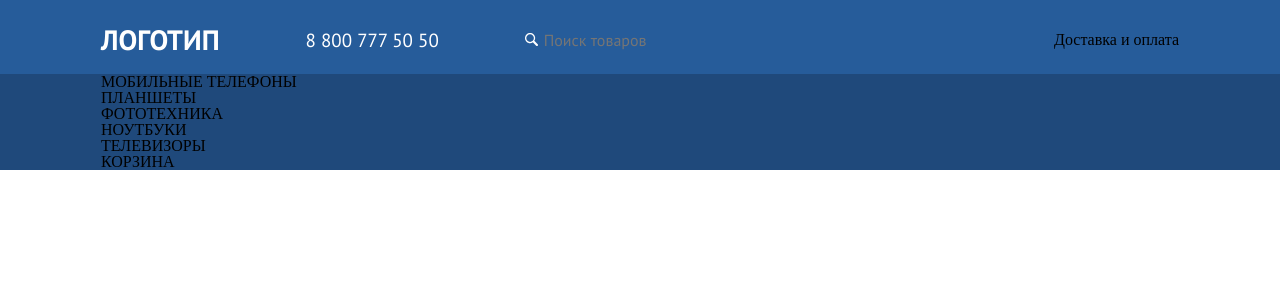
Repository: sem1103/WEBCompany
Page: index.html
The author's editor kept a copy of each file at every save. The page is drawn from the files as they stood at one save, then again after the next save.
The browser window is 1280 px wide. The pictures show the whole page.

Above is the page before, as saved 2024-01-11 18:47:16.

### index.html
<!DOCTYPE html>
<html lang="en">

<head>
    <meta charset="UTF-8">
    <meta name="viewport" content="width=device-width, initial-scale=1.0">
    <title>Интернет магазин</title>

    <link rel="preconnect" href="https://fonts.googleapis.com">
    <link rel="preconnect" href="https://fonts.gstatic.com" crossorigin>
    <link href="https://fonts.googleapis.com/css2?family=PT+Sans:wght@400;700&display=swap" rel="stylesheet">

    <link rel="stylesheet" href="styles/reset.css">
    <link rel="stylesheet" href="styles/main.css">
</head>

<body>
    <div id="page">
        <header>
            <div class="container">
                <div class="header__logo">
                    <span>ЛОГОТИП</span>
                </div>
                <p class="phone__number"><a href="tel:+78007775050">8 800 777 50 50</a></p>
                <div class="search__items">
                    <button>
                        <svg xmlns="http://www.w3.org/2000/svg" width="13" height="13" viewBox="0 0 13 13" fill="none">
                            <path
                                d="M8.68135 1.48741C6.69814 -0.495804 3.4703 -0.495804 1.48709 1.48741C-0.495696 3.47106 -0.495696 6.69846 1.48709 8.6821C3.2532 10.4478 6.00382 10.6369 7.98574 9.25819C8.02744 9.45553 8.12289 9.64383 8.27637 9.79731L11.1646 12.6855C11.5855 13.1055 12.2656 13.1055 12.6843 12.6855C13.1048 12.265 13.1048 11.5849 12.6843 11.1657L9.79613 8.27669C9.64351 8.1245 9.45477 8.02863 9.25744 7.98692C10.6371 6.00457 10.4479 3.25438 8.68135 1.48741ZM7.76949 7.77024C6.28885 9.25089 3.87916 9.25089 2.39895 7.77024C0.919166 6.2896 0.919166 3.88034 2.39895 2.3997C3.87916 0.919489 6.28885 0.919489 7.76949 2.3997C9.25013 3.88034 9.25013 6.2896 7.76949 7.77024Z"
                                fill="white" />
                        </svg>
                    </button>
                        <input type="text" name="itemName" placeholder="Поиск товаров">

                </div>
                <p class="delivery"><a href="">Доставка и оплата</a></p>
                <a href="" class="mobile__cart">
                    <svg xmlns="http://www.w3.org/2000/svg" width="21" height="20" viewBox="0 0 21 20" fill="none">
                        <path d="M20.1372 3.64139H3.71775L3.47368 0.816059C3.43376 0.354025 3.0611 0 2.61469 0H0.862433C0.386124 0 0 0.401223 0 0.896159C0 1.39109 0.386124 1.79232 0.862433 1.79232H1.82622C2.35292 7.8897 0.991675 -7.86977 2.81815 13.2755C2.88854 14.1031 3.31889 15.0012 4.06025 15.6114C2.72361 17.3851 3.94489 20 6.11917 20C7.92379 20 9.19662 18.1298 8.57776 16.3584H13.298C12.6799 18.1275 13.95 20 15.7566 20C17.1983 20 18.3713 18.7812 18.3713 17.2831C18.3713 15.7849 17.1983 14.5661 15.7566 14.5661H6.125C5.46988 14.5661 4.89899 14.1554 4.65258 13.557L18.4354 12.7153C18.8117 12.6924 19.13 12.4181 19.2215 12.0381L20.9739 4.75489C21.1097 4.19014 20.6983 3.64139 20.1372 3.64139ZM6.11917 18.2077C5.62857 18.2077 5.22939 17.7929 5.22939 17.2831C5.22939 16.7732 5.62857 16.3584 6.11917 16.3584C6.60981 16.3584 7.009 16.7732 7.009 17.2831C7.009 17.7929 6.60981 18.2077 6.11917 18.2077ZM15.7565 18.2077C15.2659 18.2077 14.8667 17.7929 14.8667 17.2831C14.8667 16.7732 15.2659 16.3584 15.7565 16.3584C16.2472 16.3584 16.6464 16.7732 16.6464 17.2831C16.6464 17.7929 16.2472 18.2077 15.7565 18.2077ZM17.7018 10.9648L4.42042 11.7758L3.87257 5.43367H19.0326L17.7018 10.9648Z" fill="white"/>
                      </svg>
                </a>
            </div>

            <nav>
                <ul class="container">
                    <li><a href="">МОБИЛЬНЫЕ ТЕЛЕФОНЫ</a></li>
                    <li><a href="">ПЛАНШЕТЫ</a></li>
                    <li><a href="">ФОТОТЕХНИКА</a></li>
                    <li><a href="">НОУТБУКИ</a></li>
                    <li><a href="">ТЕЛЕВИЗОРЫ</a></li>

                    <li class="desc__cart"><a href="">КОРЗИНА</a></li>
                </ul>
            </nav>
        </header>
    </div>
</body>

</html>

### styles/reset.css
:root{
    --blue: #265C9A;
    --darkBlue: #1F497B;
    --yellow: #FBFF3D;
    --fontPT: 'PT Sans'
 }
html{
    scroll-behavior: smooth;
}
html,
body,
div,
span,
applet,
object,
iframe,
h1,
h2,
h3,
h4,
h5,
h6,
p,
blockquote,
pre,
a,
abbr,
acronym,
address,
big,
cite,
code,
del,
dfn,
em,
img,
ins,
kbd,
q,
s,
samp,
small,
strike,
strong,
sub,
sup,
tt,
var,
b,
u,
i,
center,
dl,
dt,
dd,
ol,
ul,
li,
fieldset,
form,
label,
legend,
table,
caption,
tbody,
tfoot,
thead,
tr,
th,
td,
article,
aside,
canvas,
details,
embed,
figure,
figcaption,
footer,
header,
hgroup,
menu,
nav,
output,
ruby,
section,
summary,
time,
mark,
audio,
video {
    margin: 0;
    padding: 0;
    border: 0;
    font-size: 100%;
    font: inherit;
    vertical-align: baseline
}

article,
aside,
details,
figcaption,
figure,
footer,
header,
hgroup,
menu,
nav,
section {
    display: block
}

body {
    line-height: 1;
}

ol,
ul {
    list-style: none
}

blockquote,
q {
    quotes: none
}

blockquote:before,
blockquote:after,
q:before,
q:after {
    content: '';
    content: none
}

table {
    border-collapse: collapse;
    border-spacing: 0
}

a {
    text-decoration: none;
    color: inherit;
    transition: all .3s ease-in-out
}

a:hover {
    color: #365edc;
}

* {
    box-sizing: border-box
}

main img{
    width: 100%;
    height: auto;
}

### styles/main.css


.container{
    max-width: 1078px;
    margin: 0 auto;
}
header{
    background: var(--blue);
}
nav{
    background: var(--darkBlue);
}
header > div{
    display: flex;
    align-items: center;
    padding: 21px 0 16px 0;
}
header a:hover{
    color: var(--yellow);
}
.header__logo span{
    font:700 28px var(--fontPT);
    color: #fff;
}
.phone__number{
    margin: 0 86px;
    font: 19px var(--fontPT);
    color: #fff;
}
.search__items button{
    background-color: transparent;
    border: 0;
    padding: 0;
    margin: 0;
}
.search__items input{
    font: 16px var(--fontPT);
    background-color: transparent;
    border: 0;
    outline: 0;
    color: #fff;
}
.delivery{
    margin: 0 0 0 auto;
}


.mobile__cart{
    display: none;
}

After the next save:
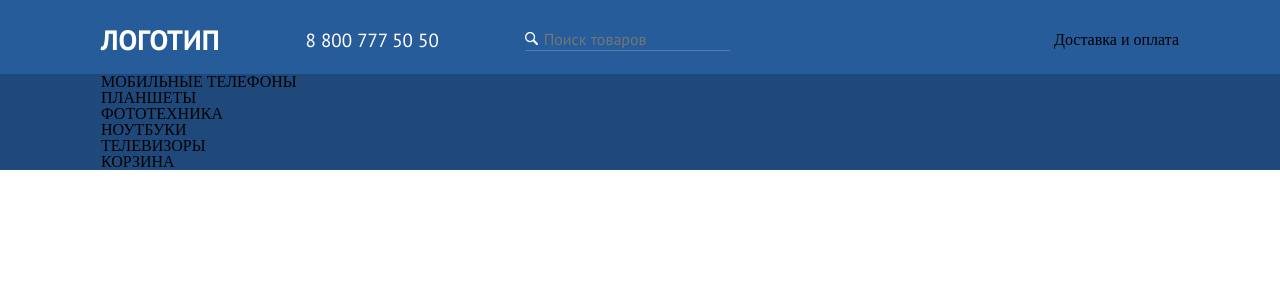
Saved 44 s later.
--- a/styles/main.css
+++ b/styles/main.css
@@ -27,6 +27,9 @@ header a:hover{
     font: 19px var(--fontPT);
     color: #fff;
 }
+.search__items{
+    border-bottom: 1px solid #517DAE;
+}
 .search__items button{
     background-color: transparent;
     border: 0;
